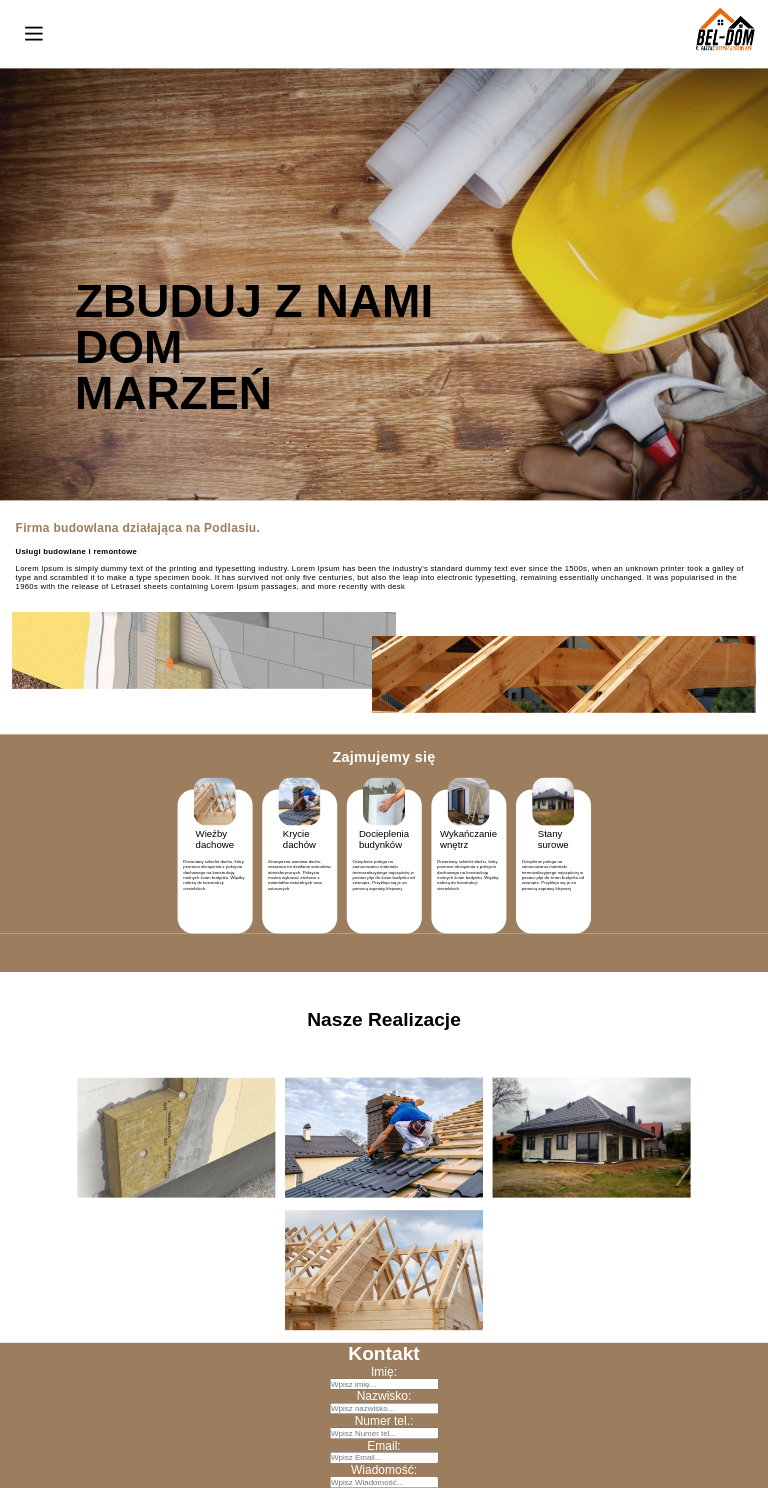
Repository: JakubPaszko2001/bel
Page: index.html
The author's editor kept a copy of each file at every save. The page is drawn from the files as they stood at one save, then again after the next save.
The browser window is 1280 px wide. The pictures show the whole page, at 60% of full size.
Some web fonts or font styles are not loaded; a fallback is used.

Above is the page before, as saved 2022-03-05 16:59:27.

### index.html
<!DOCTYPE html>
<html lang="pl-PL">
<head>
    <meta charset="UTF-8">
    <meta http-equiv="X-UA-Compatible" content="IE=edge">
    <meta name="viewport" content="width=device-width, initial-scale=1.0">
    <title>BEL-DOM</title>
    <link rel="preconnect" href="https://fonts.googleapis.com">
    <link rel="preconnect" href="https://fonts.gstatic.com" crossorigin>
    <link href="https://fonts.googleapis.com/css2?family=Prompt:wght@300;400;700&display=swap" rel="stylesheet">
    <link rel="stylesheet" href="style.css">
    <link rel="stylesheet" href="lightbox.min.css">
    <script src="./js/lightbox-plus-jquery.min.js"></script>
</head>
<body>
<!-- HEADER -->
<header>
    <div class="container">
        <!-- SPAN -->
        <button class="hamburger">
            <span class="hamburger--menu">
                <span class="hamburger__inner"></span>
            </span>
        </button>
        <!-- LOGO -->
        <div class="header__logo">
            <img class="logo__pic" src="./images/logo.png" alt="logo">
        </div>
    </div>
</header>
<!-- MAIN -->
<main>
    <!-- NAV -->
    <div class="navigation">
        <ul class="navigation--list">
            <li class="navigation__item"><a href="#">jeden</a></li>
            <li class="navigation__item"><a href="#">dwa</a></li>
            <li class="navigation__item"><a href="#">trzy</a></li>
            <li class="navigation__item"><a href="#">cztery</a></li>
        </ul>
    </div>
    <!-- MAIN CONTAINER -->
    <div class="main--container">
        <div class="background__pic">
            <img src="./images/tlo1.png" alt="background">
        </div>
    <!-- TEXT ON IMG -->
        <h1 class="text">ZBUDUJ Z NAMI <br>DOM <br> MARZEŃ</h1>
    </div>
    <!-- TEXT -->
    <div class="main--text">
        <h1 class="main__text-h1">Firma budowlana działająca na Podlasiu.</h1>
        <h3 class="main__text-h3">Usługi budowlane i remontowe</h3>
        <h4 class="main__text-h4">Lorem Ipsum is simply dummy text of the printing and typesetting industry. Lorem Ipsum has been the industry's standard dummy text ever since the 1500s, when an unknown printer took a galley of type and scrambled it to make a type specimen book. It has survived not only five centuries, but also the leap into electronic typesetting, remaining essentially unchanged. It was popularised in the 1960s with the release of Letraset sheets containing Lorem Ipsum passages, and more recently with desk</h4>
    </div>
    <!-- PHOTOS -->
    <div class="main--photos">
        <img class="photo photo1" src="./images/docieplenie1.png" alt="photo2">
        <img class="photo photo2" src="./images/wiezby.png" alt="photo1">
    </div>
    <!-- CARDS -->
    <div class="cards--container">
        <h2 class="text-h2">Zajmujemy się</h2>
        <div class="cards--container__main">
            <div class="card">
                <div class="card-img">
                    <img class="card-img_style" src="./images/wiezby2.png" alt="wiezby">
                </div>
                <div class="card-title">
                    <div class="h1-title">Wieźby<br>dachowe</div>
                </div>
                <div class="card-text">
                    <div class="h1-text">Drewniany szkielet dachu, który przenosi obciążenia z pokrycia dachowego na konstrukcję nośnych ścian budynku. Więźby należą do konstrukcji ciesielskich.</div>
                </div>
            </div>
            <div class="card">
                <div class="card-img">
                    <img class="card-img_style" src="./images/krycie.png" alt="wiezby">
                </div>
                <div class="card-title">
                    <div class="h1-title">Krycie<br>dachów</div>
                </div>
                <div class="card-text">
                    <div class="h1-text">Zewnętrzna warstwa dachu, narażona na działanie warunków atmosferycznych. Pokrycia można wykonać zarówno z materiałów naturalnych oraz sztucznych.</div>
                </div>
            </div>
            <div class="card">
                <div class="card-img">
                    <img class="card-img_style" src="./images/docieplenie2.png" alt="wiezby">
                </div>
                <div class="card-title">
                    <div class="h1-title">Docieplenia<br>budynków</div>
                </div>
                <div class="card-text">
                    <div class="h1-text">Ocieplenie polega na zamocowaniu materiału termoizolacyjnego najczęściej w postaci płyt do ścian budynku od zewnątrz. Przykleja się je za pomocą zaprawy klejowej.</div>
                </div>
            </div>
            <div class="card">
                <div class="card-img">
                    <img class="card-img_style" src="./images/wnetrza.png" alt="wiezby">
                </div>
                <div class="card-title">
                    <div class="h1-title">Wykańczanie<br>wnętrz</div>
                </div>
                <div class="card-text">
                    <div class="h1-text">Drewniany szkielet dachu, który przenosi obciążenia z pokrycia dachowego na konstrukcję nośnych ścian budynku. Więźby należą do konstrukcji ciesielskich.</div>
                </div>
            </div>
            <div class="card">
                <div class="card-img">
                    <img class="card-img_style" src="./images/surowe.png" alt="wiezby">
                </div>
                <div class="card-title">
                    <div class="h1-title">Stany<br>surowe</div>
                </div>
                <div class="card-text">
                    <div class="h1-text">Ocieplenie polega na zamocowaniu materiału termoizolacyjnego najczęściej w postaci płyt do ścian budynku od zewnątrz. Przykleja się je za pomocą zaprawy klejowej.</div>
                </div>
            </div>
        </div>
    </div>
    <div class="brown"></div>
    <div class="realisation-text">
        <h1 class="realisation-h1">Nasze Realizacje</h1>
    </div>
    <div class="gallery">
        <a href="./images/docieplenie.png" data-lightbox="mygallery"><img class="gallery-img" src="./images/nazwa.png"></a>
        <a href="./images/krycie.png" data-lightbox="mygallery"><img class="gallery-img" src="./images/krycie.png"></a>
        <a href="./images/surowe.png" data-lightbox="mygallery"><img class="gallery-img" src="./images/surowe.png"></a>
        <a href="./images/wiezby2.png" data-lightbox="mygallery"><img class="gallery-img" src="./images/wiezby2.png"></a>
    </div>
    <div class="contact">
        <div class="contact-title">
            <h1>Kontakt</h1>
        </div>
        <div class="contact-text">
            <p class="contact-text-title">Imię:</p><br>
            <input placeholder="Wpisz imię..."></input>
            <p class="contact-text-title">Nazwisko:</p><br>
            <input placeholder="Wpisz nazwisko..."></input>
            <p class="contact-text-title">Numer tel.:</p><br>
            <input placeholder="Wpisz Numer tel..."></input>
            <p class="contact-text-title">Email:</p><br>
            <input placeholder="Wpisz Email..."></input>
            <p class="contact-text-title">Wiadomość:</p><br>
            <input placeholder="Wpisz Wiadomość..."></input>
        </div>
    </div>
</main>
<!-- JS -->
<script src="./js/script.js" type="text/javascript"></script>
</body>
</html>

### style.css
:root {
    /* WEIGHT */
    --ww-bold: 700;
    --ww-normal: 400;
    --ww-small: 300;
    /* COLORS */
    --color-orange: #EB680D;
    --color-white: #ffffff;
    --color-black: #000000;
    --color-brown: #9c7d5d;
    /* SPACING */
    --margin: 1.25em;
    --margin-left: 1.625em;
    /* FONT SIZE */
    --fs-12: 1.25em;
    --fs-10: 0.8em;

}
* {
    margin: 0;
    padding: 0;
    box-sizing: border-box;
    font-family: 'Prompt', sans-serif;
    /* font-family: Arial, Helvetica, sans-serif; */
}
img {
    width: 100%;
    object-fit: cover;
}
.logo__pic {
    width: 6.875em;
    height: 6.875em;
}
.container {
    display: flex;
    margin: 0 var(--margin);
    justify-content: space-between;
    align-items: center;
}
.hamburger {
    padding: var(--margin-left);
    display: inline-block;
    cursor: pointer;
    background: transparent;
    border: 0;
    margin: 0;
}
.hamburger--menu  {
    width: 2.1875em;
    height: var(--margin);
    display: inline-block;
    position: relative;
}
.hamburger__inner {
    z-index: 999;
    width: 100%;
    height: 3px;
    background-color: black;
    position: absolute;
    left: 0;
    top: 50%;
    transform: translateY(-50%);
    transition: background-color 0.1s 0.2s ease-in-out;
}
.hamburger__inner::before,
.hamburger__inner::after {
    content: '';
    width: 100%;
    height: 3px;
    background-color: var(--color-black);
    position: absolute;
    left: 0;
    transition: transform 0.2s 0.2s ease-in-out;

}
.hamburger__inner::before {
    /* transform: translateY(-10px); */
    top: -10px;
}
.hamburger__inner::after {
    /* transform: translateY(10px); */
    top: 10px;
}
.hamburger--active .hamburger__inner {
    background-color: transparent;
}
.hamburger--active .hamburger__inner::before {
    transform: translateY(10px) rotate(45deg);
    background-color: var(--color-orange);
}
.hamburger--active .hamburger__inner::after {
    transform: translateY(-10px) rotate(-45deg);
    background-color: var(--color-orange);
}
.navigation {
    position: absolute;
    top: 0;
    left: 0;
    width: 10.9375em;
    height: 100vh;
    background-color: var(--color-black);
    display: flex;
    flex-direction: column;
    align-items: center;
    transform: translateX(-200px);
    transition: transform 0.3s 0.1s ease-in-out;
    z-index: 100;
}
.navigation--active {
    transform: translateX(0px);
}
.navigation--list {
    list-style: none;
}
.navigation__item {
    margin-bottom: 2.5em;
}
li:first-child {
    margin-top: 9.375em;
}
a {
    text-decoration: none;
    color: var(--color-orange);
    font-size: var(--margin);
}
.main--container {
    position: relative;
    z-index: 1;
}
.text {
    position: absolute;
    bottom: 20%;
    margin-left: var(--margin-left);
    line-height: 1em;
    font-size: 6vw;
    font-weight: var(--ww-bold);
}
.main--text {
    letter-spacing: 0.5px;
    margin: 0 var(--margin-left);
}
.main__text-h1 {
    margin-top: 1.5em;
    margin-bottom: 1.0em;
    font-size: var(--fs-12);
    font-weight: var(--ww-bold);
    color: var(--color-brown);

}
.main__text-h3 {
    font-size: var(--fs-10);
    font-weight: var(--ww-bold);
    margin-bottom: 1em;
}
.main__text-h4 {
    font-size: var(--fs-10);
    font-weight: var(--ww-normal);
}
.main--photos {
    display: flex;
    justify-content: center;
    align-items: center;
    position: relative;
    width: 100%;
    /* border: violet solid; */
    height: 15em;
}
.photo {
    width: 100%;
    height: 8em;
}
.photo1 {
    transform: translate(20px,-20px);
}
.photo2 {
    transform: translate(-20px,20px);
}
.cards--container {
    background: var(--color-brown);
    /* height: 100vh; */
}

.text-h2 {
    padding-top: 1em;
    color: var(--color-white);
    text-align: center;
    letter-spacing: 0.5px;
    padding-bottom: 1.25em;
    /* border: violet solid; */
}
.cards--container__main {
    display: flex;
    flex-wrap: wrap;
    width: 100%;
    justify-content: center;
    align-items: center;
    gap: 1em;
}
.card {
    display: flex;
    flex-direction: column;
    position: relative;
    height: 15em;
    width: 7.8125em;
    /* height: 300px;
    width: 175px; */
    background-color: var(--color-white);
    border-radius: 1.625em;
    margin-top: 0.625em;
}
.card-img {
    display: flex;
    height: 3.75em;
    justify-content: center;
    /* border: black solid; */

}
.card-img_style {
    width: 4.375em;
    height: 5em;
    border-radius: 1.3125em;
    position: absolute;
    top: -20px;
}
.card-title {
    height: 3.125em;
    width: 100%;
    margin-top: 5px;
    /* border: yellow solid; */
}
.h1-title {
    display: flex;
    justify-content: center;
    align-items: center;
    font-weight: var(--ww-normal);
}
.card-text {
    width: 100%;
    height: 100px;
    display: flex;
    flex-wrap: nowrap;
    /* border: green solid; */
}
.h1-text {
    font-size: 0.45em;
    font-weight: var(--ww-normal);
    padding: 0px 10px 10px 10px;
}
.brown {
    display: flex;
    width: 100%;
    height: 4em;
    background-color: var(--color-brown);
}
.realisation-text {
    display: flex;
    justify-content: center;
    align-items: center;
    height: 10em;
}
.gallery {
    display: flex;
    justify-content: center;
    align-items: center;
    flex-wrap: wrap;
    gap: 1em;
    padding: 1em 1em;
}
.gallery-img {
    width: 330px;
    height: 200px;
}
.contact {
    background-color: var(--color-brown);
    display: flex;
    flex-direction: column;
    color: var(--color-white);
}
.contact-title {
    display: flex;
    justify-content: center;
    align-items: center;
}
.contact-text {
    display: flex;
    flex-direction: column;
    margin: 0em 2em;
    font-size: 0.5em;
    font-weight: 100;
    justify-items: center;
    align-items: center;

}
.contact-style {
    margin-bottom: 0.3em;
}
.contact-text-title {
    font-size: 20px;
    margin-bottom: -10px;
    left: 0;
}

### js/script.js
const hamburger = document.querySelector('.hamburger');
const Click = () => {
    hamburger.classList.toggle('hamburger--active');
}
hamburger.addEventListener('click',Click);

Loaded but not shown: lightbox.min.css (common file); js/lightbox-plus-jquery.min.js (library)

After the next save:
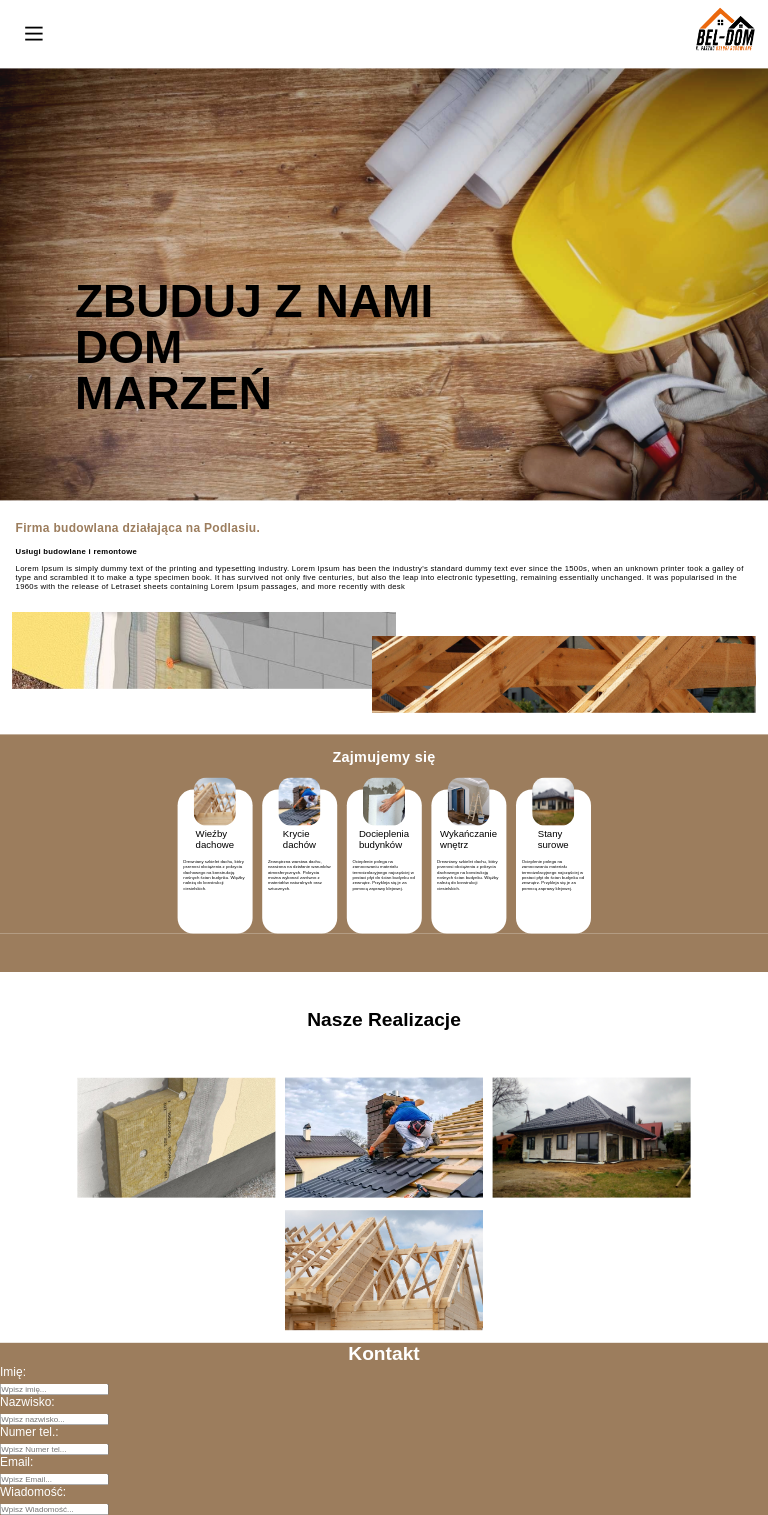
Saved 5 min 2 s later.
--- a/style.css
+++ b/style.css
@@ -281,16 +281,7 @@
     justify-content: center;
     align-items: center;
 }
-.contact-text {
-    display: flex;
-    flex-direction: column;
-    margin: 0em 2em;
-    font-size: 0.5em;
-    font-weight: 100;
-    justify-items: center;
-    align-items: center;
-
-}
+
 .contact-style {
     margin-bottom: 0.3em;
 }
